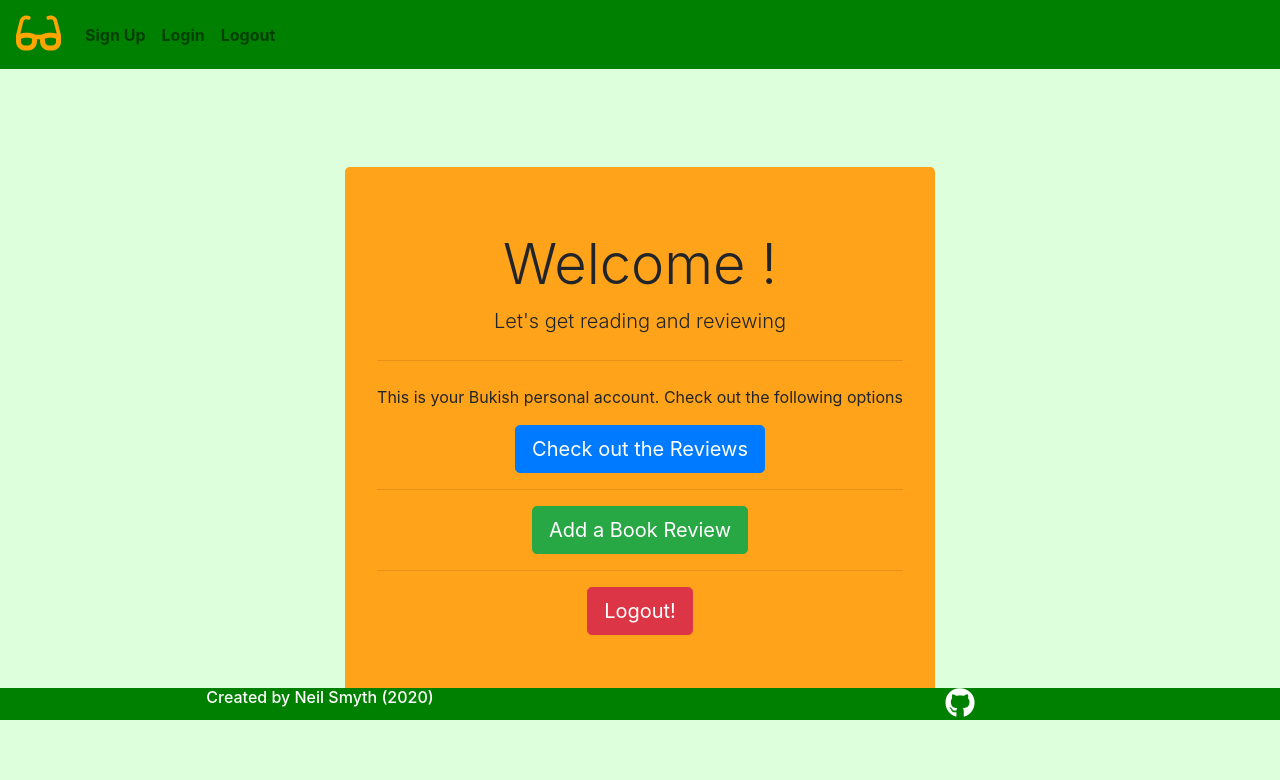
Repository: NeiloErnesto89/Data_Centric_Dev_Milestone_Project3
Page: templates/bio.html
The author's editor kept a record of every edit. The page is drawn from the files as they stood at one moment, then again after the next edit.
The browser window is 1280 px wide. The pictures show the whole page.
Some web libraries are served in a nearby version. The template is drawn by Flask 3. The application's start-up code is not run. The template is opened directly, without the code that normally fills it, so the values that code supplies are empty.

Above is the page before.

After the next edit:
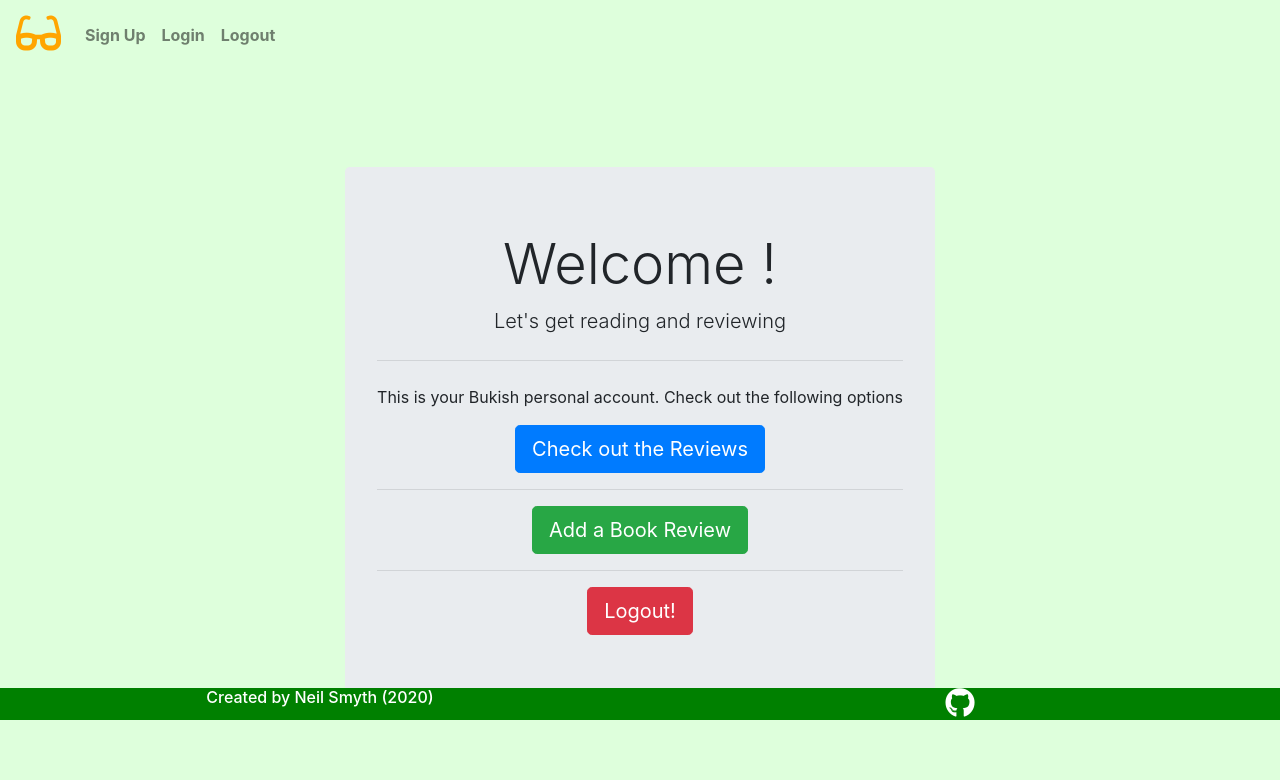
The edit:
--- a/static/css/style.css
+++ b/static/css/style.css
@@ -13,7 +13,7 @@
   position: relative;
   overflow-x: hidden;
 
-.nav-c
+  /*.nav-container {
     position: fixed;
     width: 100%;
     z-index: 1;

After the edit that followed:
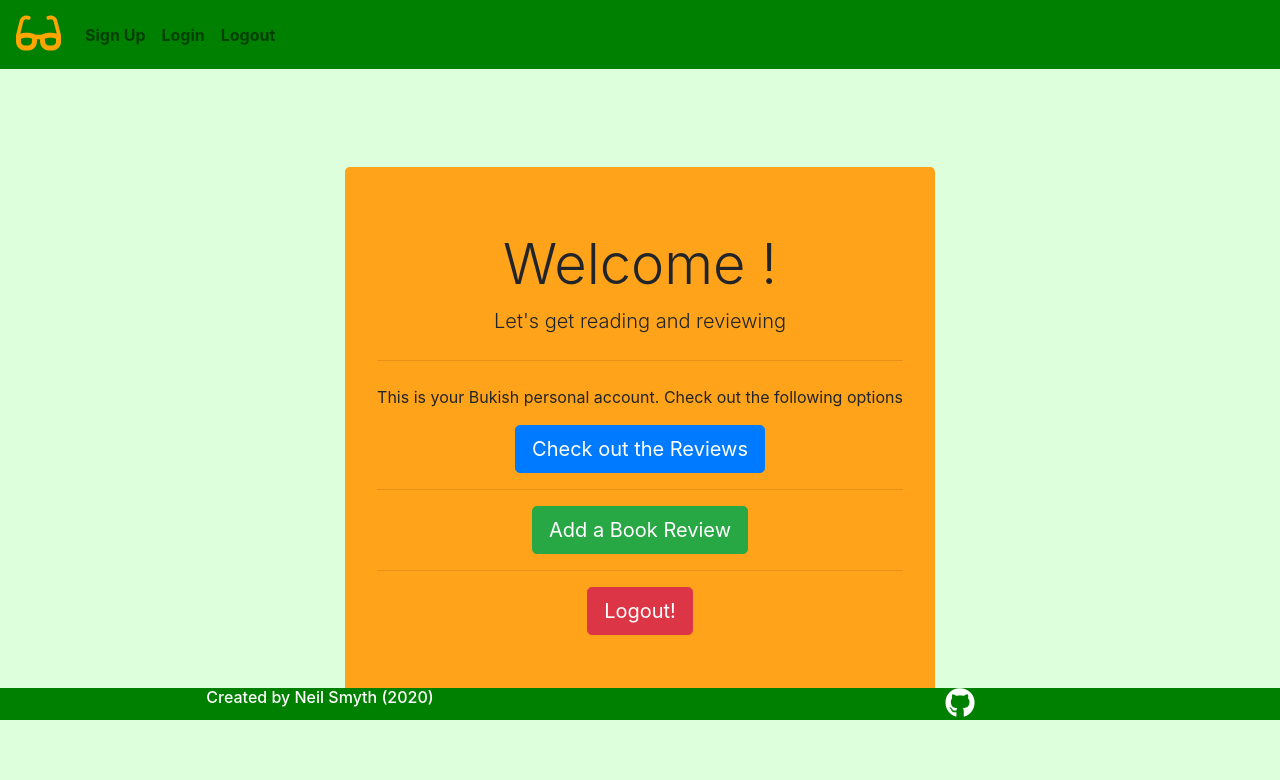
The edit:
--- a/static/css/style.css
+++ b/static/css/style.css
@@ -23,7 +23,7 @@
     padding-right: 0;
     margin-left: 0;
     margin-right: 0;
-  }
+  } */
 
   .navbar {
     background-color: green;
